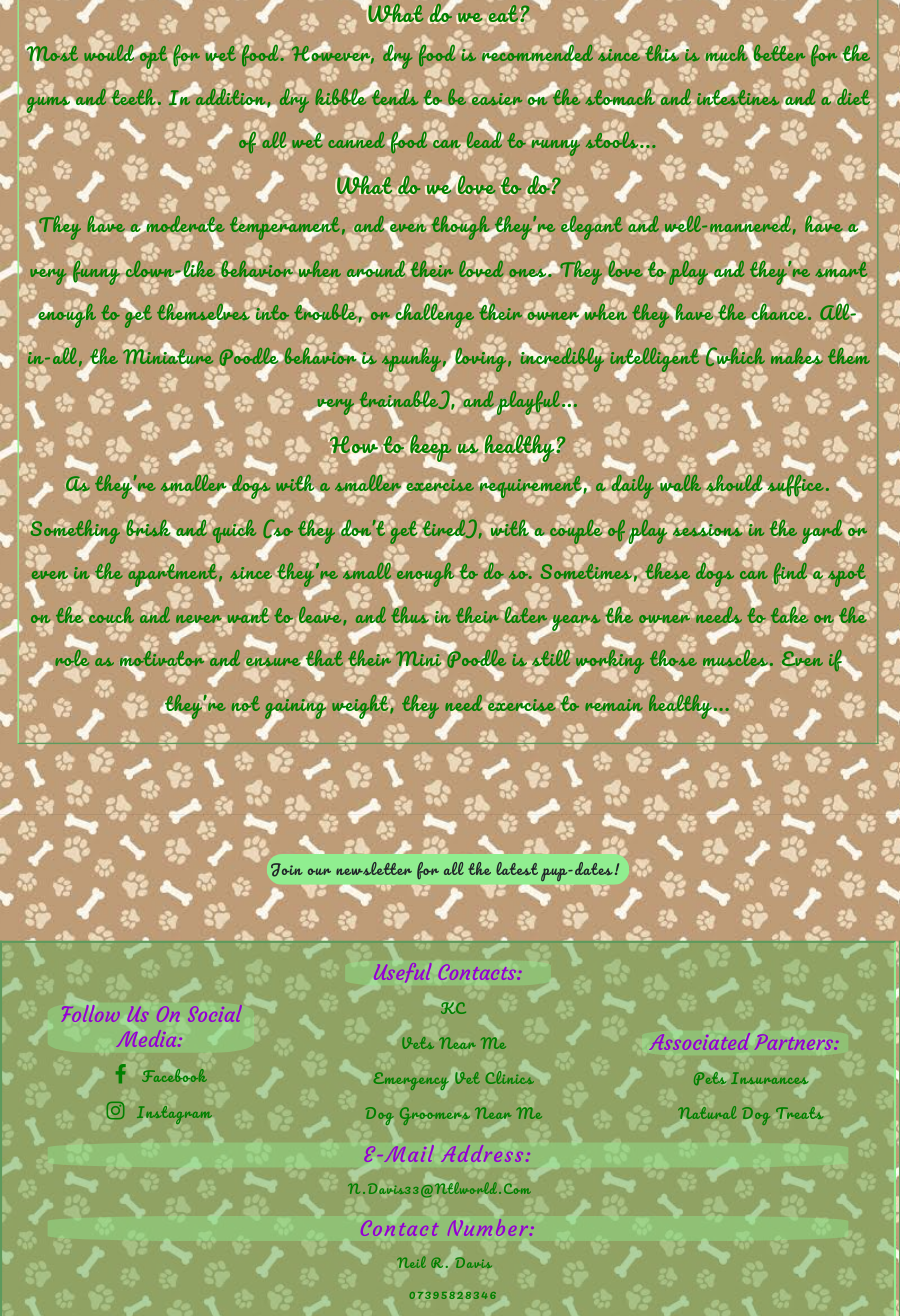
Repository: Code-Institute-Submissions/GeorgiosSklav-Iacinthos-blog
Page: about-them.html
The author's editor kept a record of every edit. The page is drawn from the files as they stood at one moment, then again after the next edit.
The browser window is 1280 px wide. The page is 1285 px wide, so the pictures cover 1285 px, including what lies to the right of the window. The pictures show the part of the page from y = 320 to 2200 px (the page is 2210 px tall before and 2580 px after), at 70% of full size.

Above is the page before.

After the next edit:
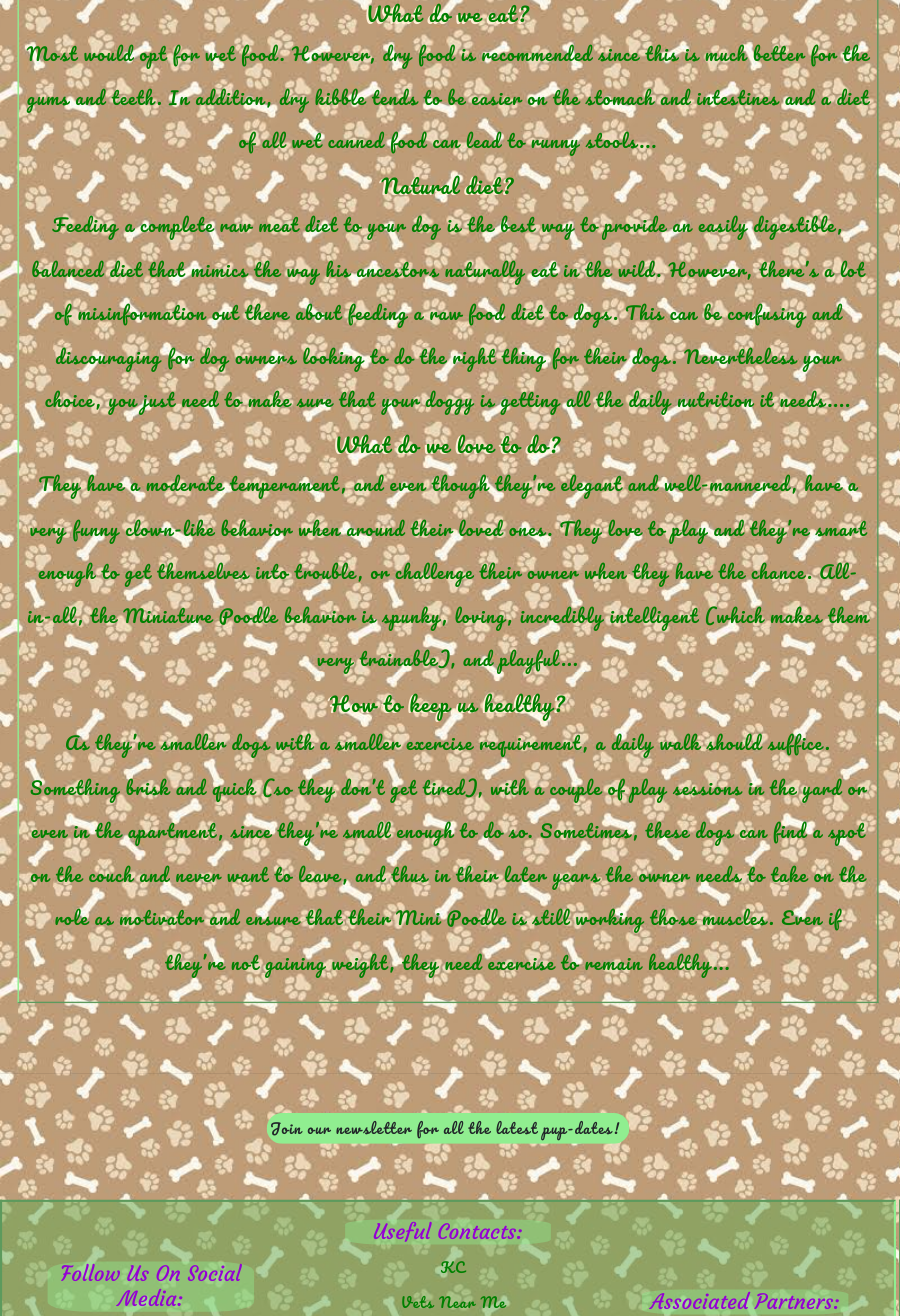
The edit:
--- a/about-them.html
+++ b/about-them.html
@@ -49,6 +49,14 @@
             </div>
             <div class="row">
                 <div class="col-12">
+                    <h3 class="about-title">Natural diet?</h3>
+                    <p>Feeding a complete raw meat diet to your dog is the best way to provide an easily digestible, balanced diet that mimics the way his ancestors naturally eat in the wild. However, there’s a lot of misinformation out there about feeding
+                        a raw food diet to dogs. This can be confusing and discouraging for dog owners looking to do the right thing for their dogs. Nevertheless your choice, you just need to make sure that your doggy is getting all the daily nutrition
+                        it needs....</p>
+                </div>
+            </div>
+            <div class="row">
+                <div class="col-12">
                     <h3 class="about-title">What do we love to do?</h3>
                     <p>They have a moderate temperament, and even though they’re elegant and well-mannered, have a very funny clown-like behavior when around their loved ones. They love to play and they’re smart enough to get themselves into trouble, or
                         challenge their owner when they have the chance. All-in-all, the Miniature Poodle behavior is spunky, loving, incredibly intelligent (which makes them very trainable), and playful...</p>
@@ -65,7 +73,7 @@
 
         </div>
 
-    </main>
+
     <hr>
 
     <!------------------------------------------------ Modal -->
@@ -104,7 +112,7 @@
             </div>
         </div>
     </div>
-<!--------------------------------------------------footer-->
+    <!--------------------------------------------------footer-->
 
     <footer class="container-fluid footer">
         <div class="row align-items-end">
